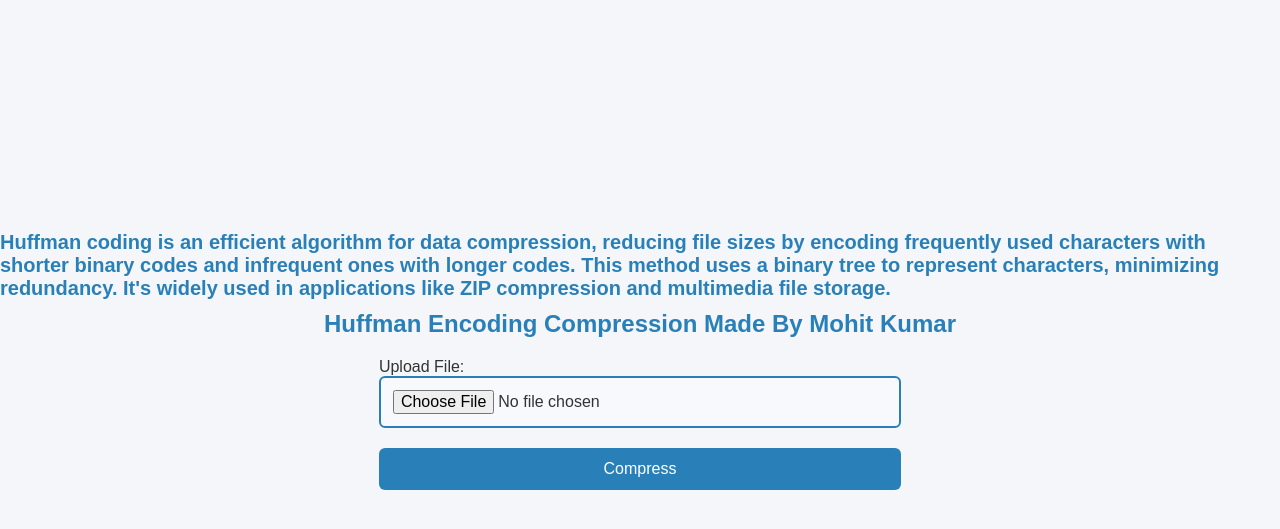
Repository: Mohitkumar1322/huffmane_coding
Page: http://localhost/
The author's editor kept a copy of each file at every save. The page is drawn from the files as they stood at one save, then again after a run of saves.
The browser window is 1280 px wide. The pictures show the whole page.
The page is served by the project's application, run on Flask 3 (main.py). Other server files are loaded and not shown.

Above is the page before, as saved 2024-11-07 19:26:15.

### templates/index.html
<!DOCTYPE html>
<html lang="en">
<head>
    <meta charset="UTF-8">
    <meta name="viewport" content="width=device-width, initial-scale=1.0">
    <link rel="stylesheet" href="{{ url_for('static', filename='styles.css') }}">
    <title>Huffman Encoding</title>
</head>
<body>
    <h2>Huffman coding is an efficient algorithm for data compression, reducing file sizes by encoding frequently used
         characters with shorter binary codes and infrequent ones with longer codes. This method uses a binary tree to represent
         characters, minimizing redundancy. It's widely used in applications like ZIP compression and multimedia file storage.</h2>
    <h1>Huffman Encoding Compression Made By Mohit Kumar</h1>
    <form action="/compress" method="POST" enctype="multipart/form-data">
        <label for="file">Upload File:</label>
        <input type="file" name="file" required>
        <button type="submit">Compress</button>
    </form>
</body>
</html>

### main.py
from flask import Flask, render_template, request, send_from_directory

from huffman import HuffmanCode  # Your existing HuffmanCode class

app = Flask(__name__)

@app.route('/')
def home():
    return render_template('index.html')  # Render the home page

@app.route('/compress', methods=['POST'])
def compress_file():
    if request.method == 'POST':
        file = request.files['file']
        if file:
            path = 'uploaded_file.txt'  #  is helps to save the file at location
            file.save(path)

            # here we call the huffman coding class from huffman.py
            huffman = HuffmanCode(path)
            output_file = huffman.compression()  # Process the file and return the compressed file path

            return f'File compressed successfully. Download it <a href="/download/{output_file}">here</a>'

@app.route('/download/<filename>')
def download_file(filename):
    return send_from_directory(directory='.', path=filename)

if __name__ == '__main__':
    app.run(debug=True)

### static/styles.css
/* Basic Reset */
* {
    margin: 0;
    padding: 0;
    box-sizing: border-box;
}

body {
    font-family: 'Arial', sans-serif;
    background-color: #f4f6f9;
    color: #333;
    display: flex;
    justify-content: center;
    align-items: center;
    height: 100vh;
    flex-direction: column;
}

/* Container for the content */
.container {
    background-color: #ffffff;
    box-shadow: 0 4px 8px rgba(0, 0, 0, 0.1);
    border-radius: 8px;
    padding: 30px;
    width: 350px;
    text-align: center;
}

/* Heading Style */
h1 {
    font-size: 24px;
    color: #2980B9;
    margin-bottom: 20px;
    font-weight: bold;
}
h2{
    font-size: 20px;
    color: #2980B9;
    margin-bottom: 10px;
    font-weight: bold;
}

/* Input Fields Style */
input[type="file"] {
    width: 100%;
    padding: 12px;
    border: 2px solid #2980B9;
    border-radius: 6px;
    background-color: #f7f9fc;
    font-size: 16px;
    margin-bottom: 20px;
}

/* Submit Button */
button {
    width: 100%;
    padding: 12px;
    border: none;
    background-color: #2980B9;
    color: white;
    font-size: 16px;
    cursor: pointer;
    border-radius: 6px;
    transition: background-color 0.3s ease;
}

button:hover {
    background-color: #1f6f9f;
}

/* Link Style */
a {
    display: inline-block;
    margin-top: 20px;
    color: #2980B9;
    text-decoration: none;
    font-weight: bold;
}

a:hover {
    text-decoration: underline;
}

/* Alert/Message for status */
.message {
    margin-top: 20px;
    padding: 10px;
    background-color: #f9f9f9;
    color: #2c3e50;
    border: 1px solid #bdc3c7;
    border-radius: 6px;
    font-size: 14px;
}

.message.success {
    background-color: #d4edda;
    color: #155724;
    border-color: #c3e6cb;
}

.message.error {
    background-color: #f8d7da;
    color: #721c24;
    border-color: #f5c6cb;
}

After the next 3 saves:
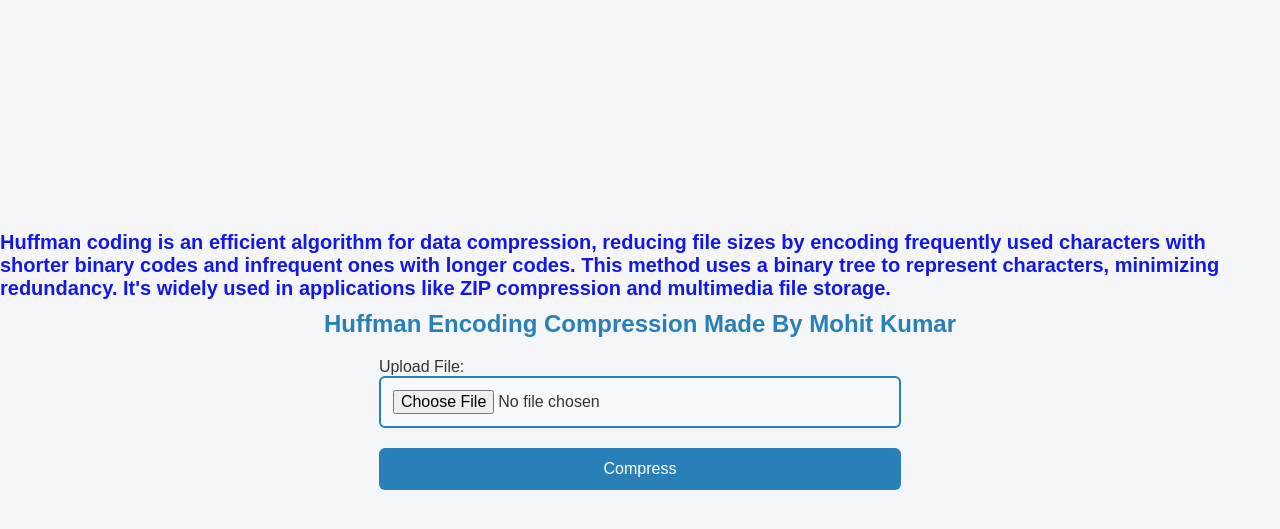
The 3 saves are shown as one change because they came seconds apart.
The last was saved 16 s later.
--- a/static/styles.css
+++ b/static/styles.css
@@ -35,7 +35,7 @@ h1 {
 }
 h2{
     font-size: 20px;
-    color: #2980B9;
+    color: #1418e6;
     margin-bottom: 10px;
     font-weight: bold;
 }
